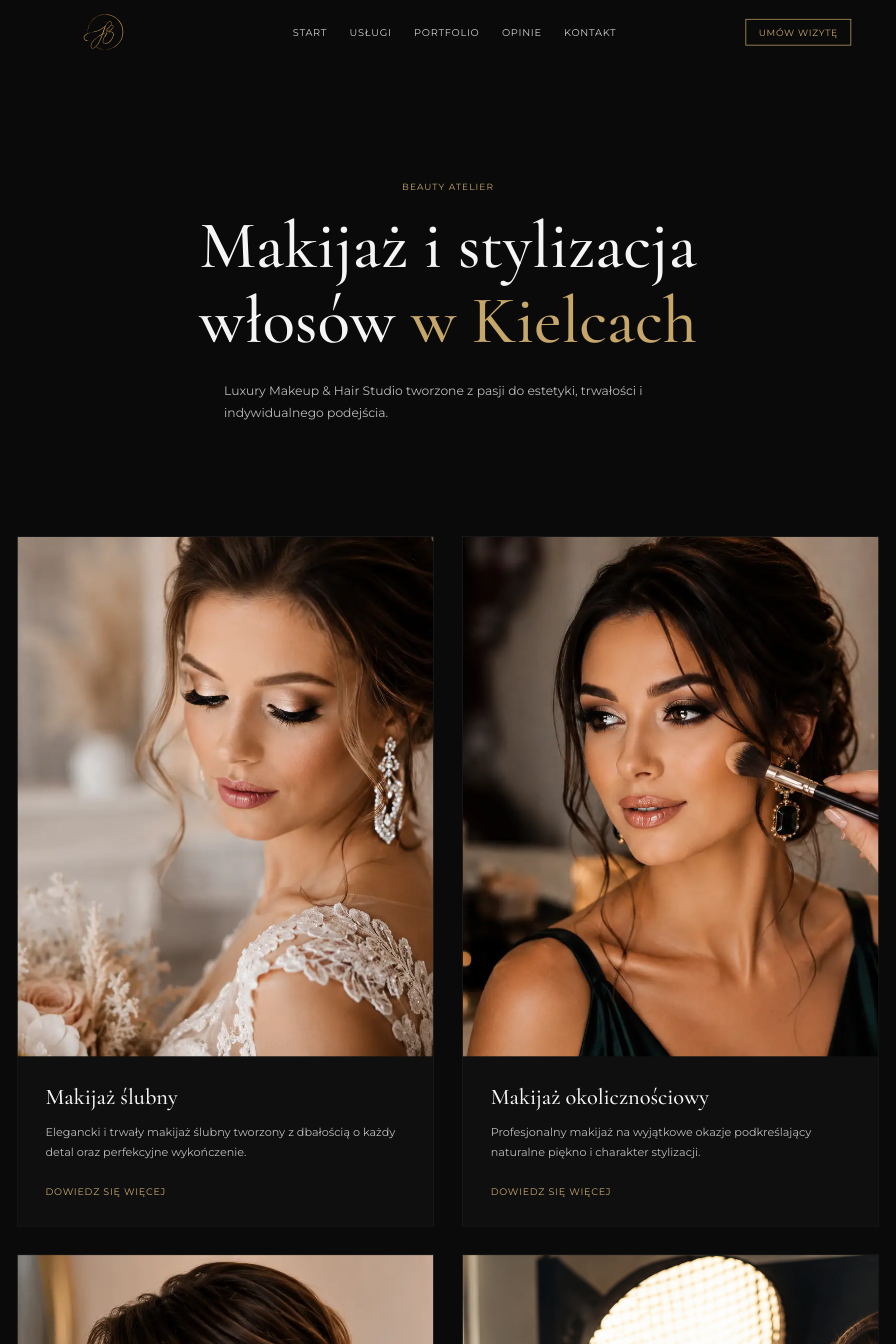
Repository: justynabrzezinskaatelier-bot/justynabrzezinska
Page: /uslugi
The author's editor kept a copy of each file at every save. The page is drawn from the files as they stood at one save, then again after the next save.
The browser window is 1280 px wide. The pictures show the part of the page from y = 0 to 1920 px (the page is 4561 px tall), at 70% of full size.
The project was rebuilt for these pictures with package versions that can differ from the ones it lists, and the page was loaded fresh each time. The framework's server and built-in components were replaced by stand-ins that run in the browser. Also part of the build but not shown: next.config.ts.

Above is the page before, as saved 2026-05-09 16:02:28.

After the next save:
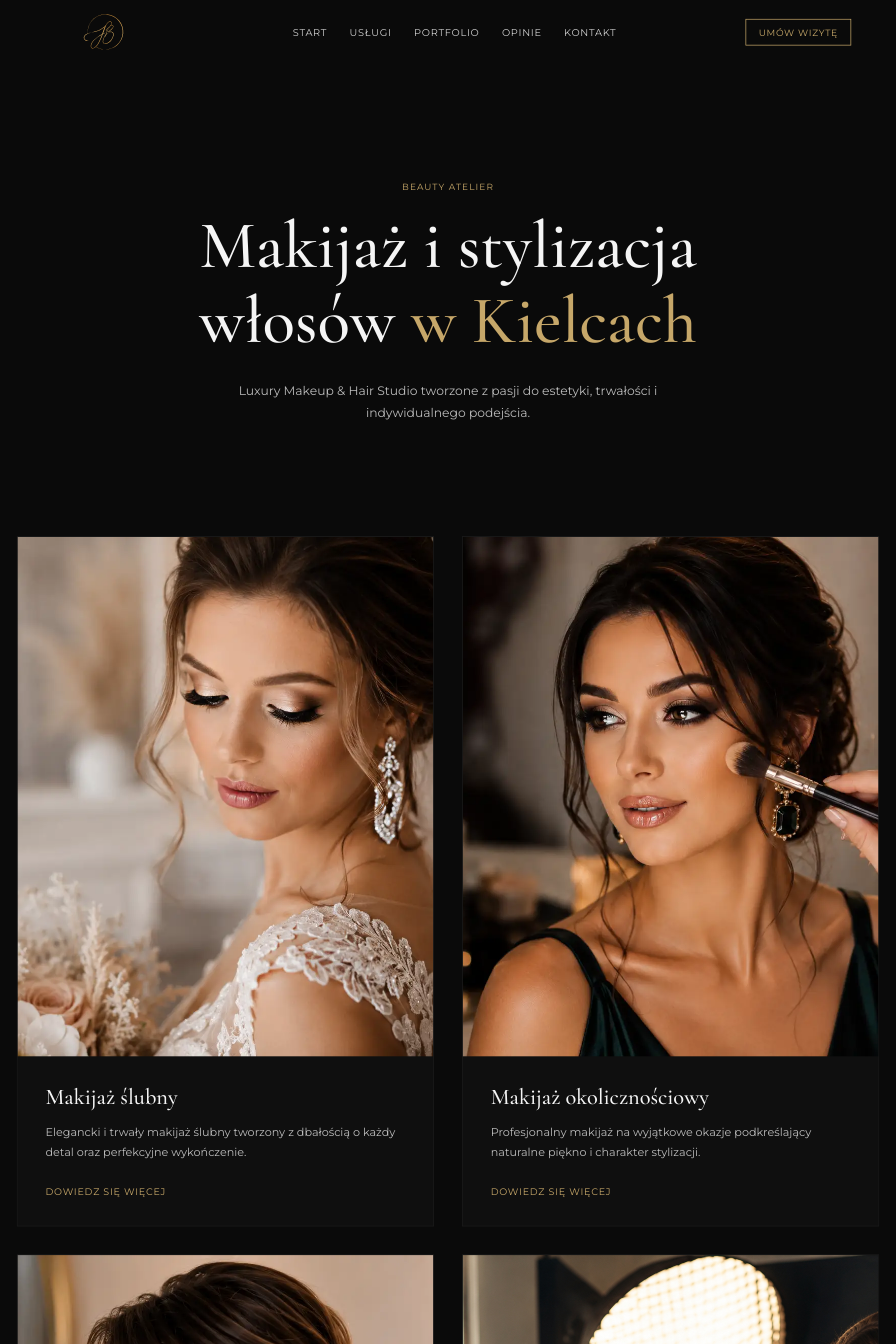
Saved 24 s later.
--- a/src/sections/ServicesPage/ServicesPage.module.css
+++ b/src/sections/ServicesPage/ServicesPage.module.css
@@ -33,12 +33,10 @@
 }
 
 .description {
+    text-align: center;
     margin-top: 32px;
-
     max-width: 640px;
-
-    color: rgba(255, 255, 255, 0.72);
-
+    color: rgba(255, 255, 255, 0.72);
     font-size: 1.1rem;
     line-height: 1.8;
 }
